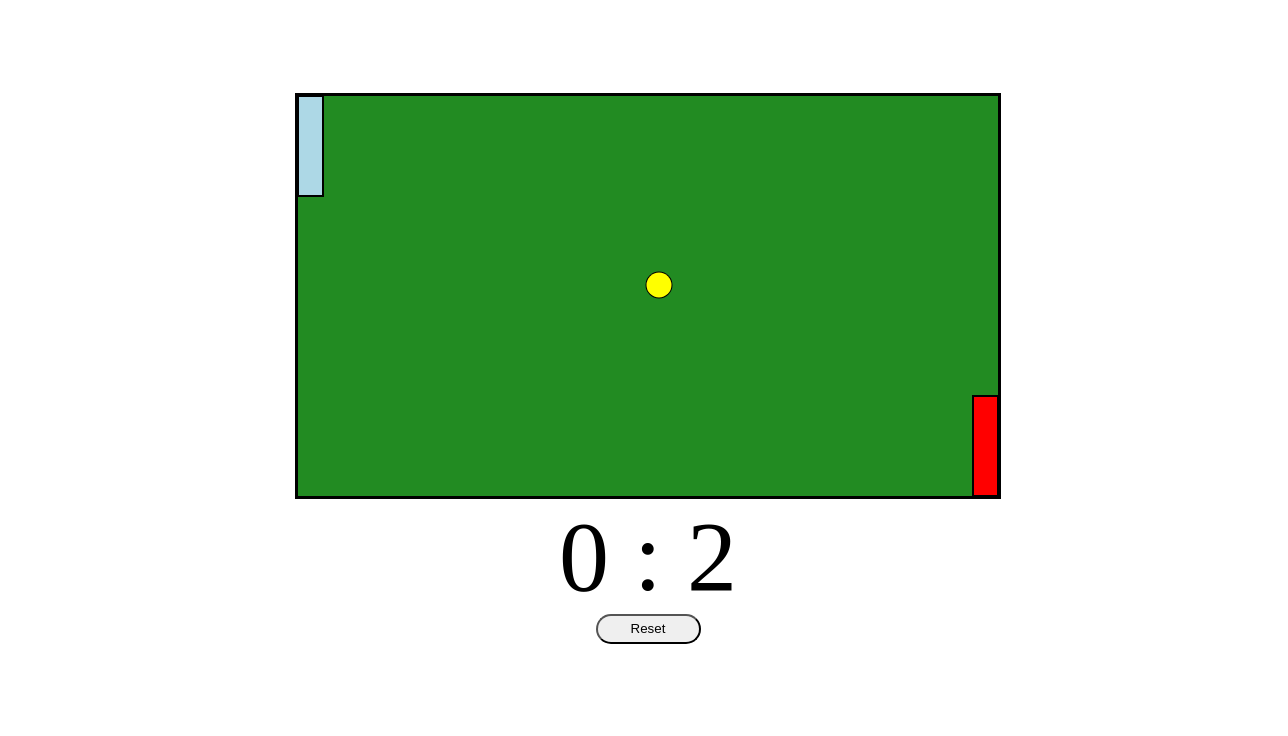
Repository: zacheys123/ping-pong
Page: index.html
The author's editor kept a copy of each file at every save. The page is drawn from the files as they stood at one save, then again after the next save.
The browser window is 1280 px wide. The page is 1288 px wide, so the pictures cover 1288 px, including what lies to the right of the window. The pictures show the whole page.

Above is the page before, as saved 2023-07-01 00:35:09.

After the next save:
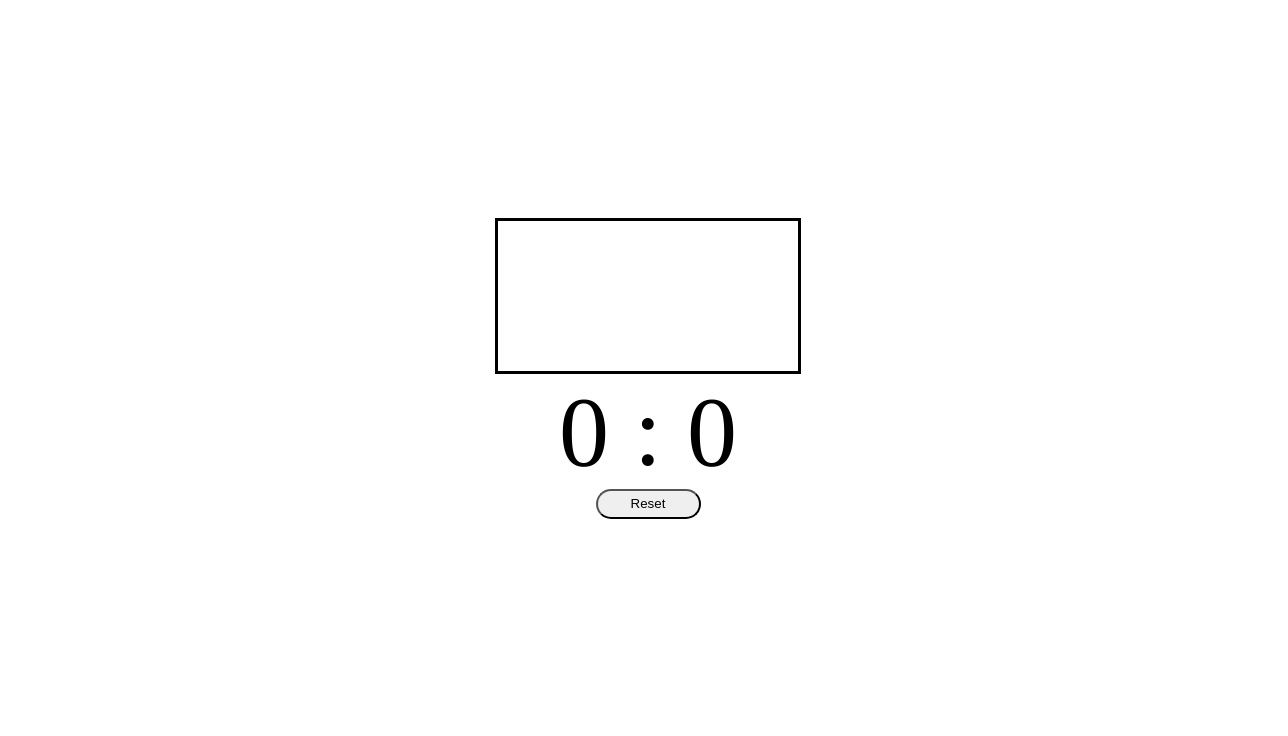
Console error: SyntaxError: Unexpected token '}'
Saved 113 s later.
--- a/index.js
+++ b/index.js
@@ -128,6 +128,7 @@
 		createBall();
 		return;
 	}
+    if(ballX <=paddle1.x +paddle1.width)
 }
 function drawPaddles() {
 	ctx.strokeStyle = paddleBorder;

After the 2 saves that followed:
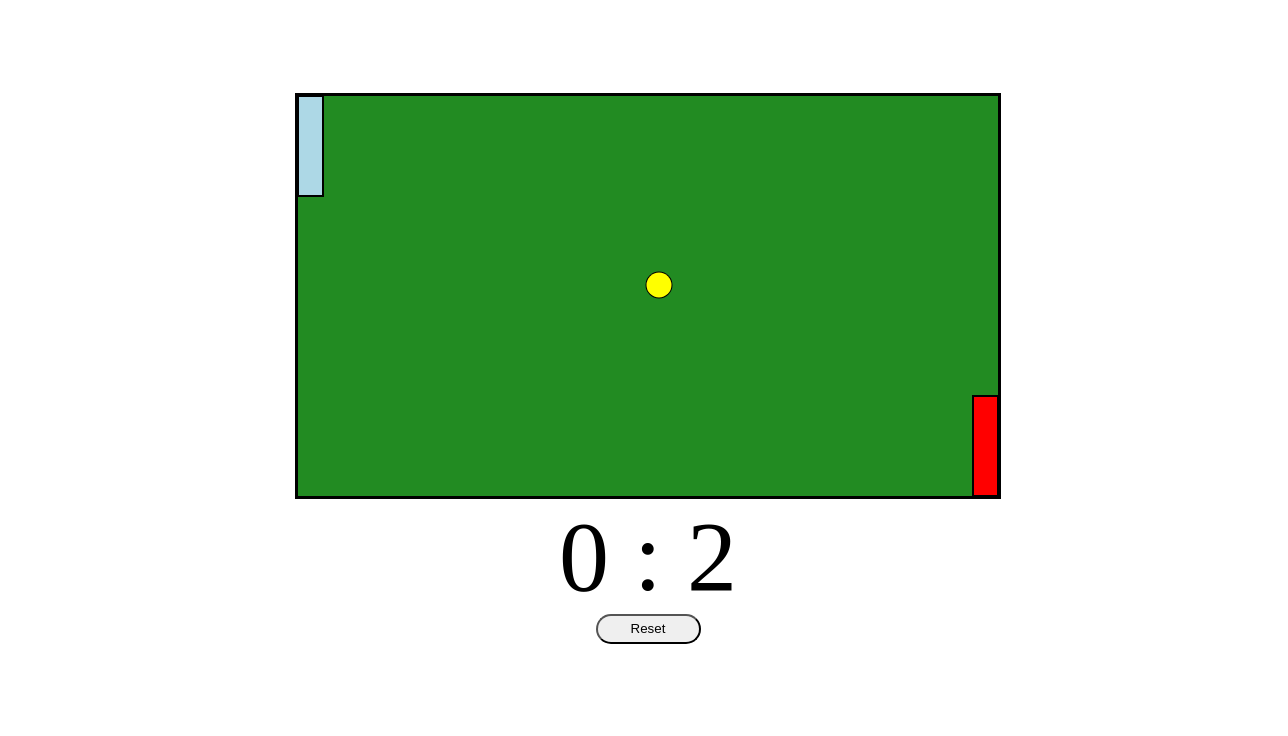
The error is gone.
The 2 saves are shown as one change because 1 left the picture as it was.
The last was saved 50 s later.
--- a/index.js
+++ b/index.js
@@ -128,7 +128,8 @@
 		createBall();
 		return;
 	}
-    if(ballX <=paddle1.x +paddle1.width)
+	if (ballX + ballradius <= paddle1.x + paddle1.width) {
+	}
 }
 function drawPaddles() {
 	ctx.strokeStyle = paddleBorder;
